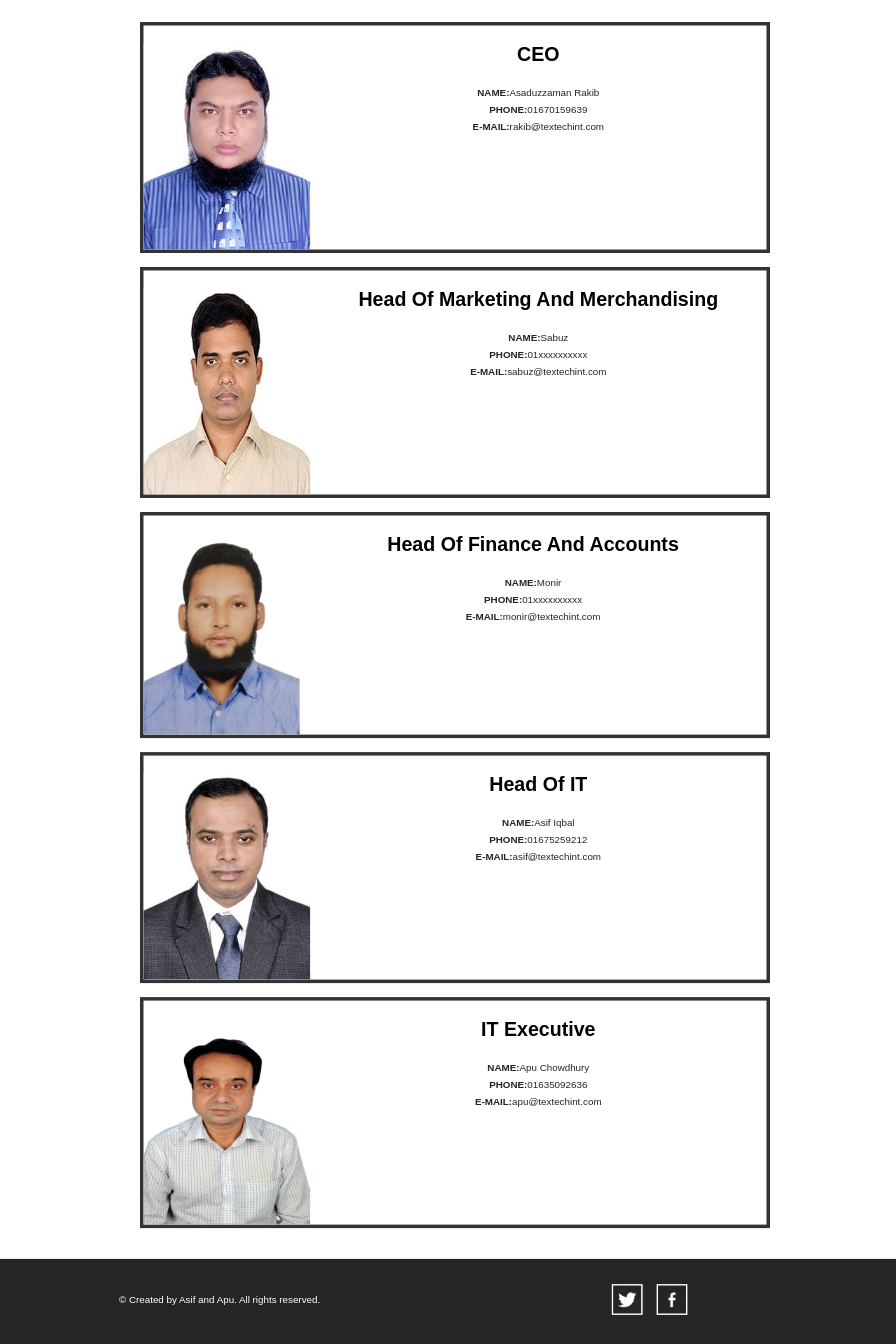
Repository: asifdotpy/textechint
Page: index.html
These files come from the project's save history. The page is drawn as it stood at one moment and after the next save; the edit follows.
The browser window is 1280 px wide. The pictures show the part of the page from y = 1439 to 3359 px (the page is 3359 px tall), at 70% of full size.

Above is the page before, as saved 2021-02-24 00:53:10.

After the next save:
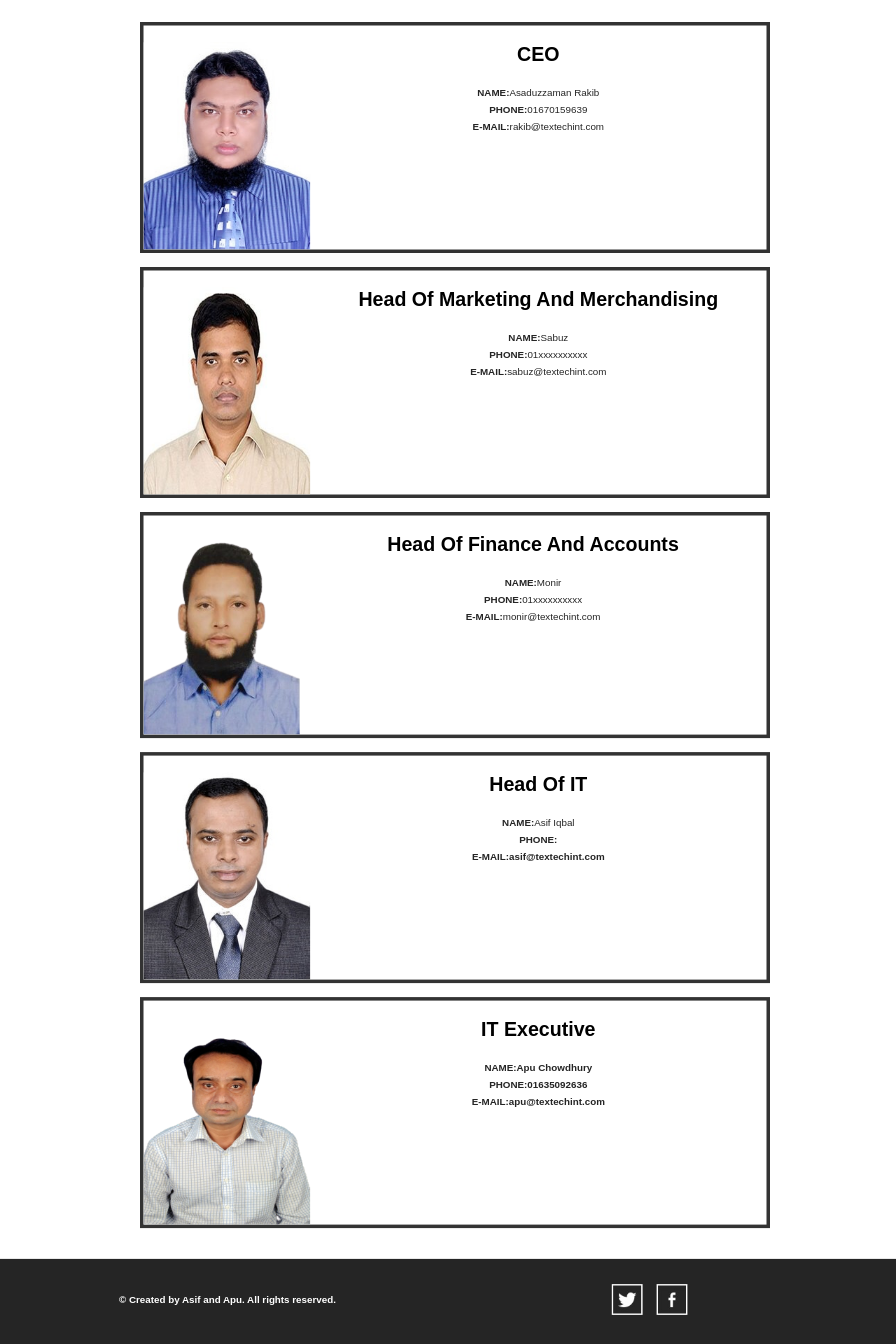
Saved 2 days later.
--- a/index.html
+++ b/index.html
@@ -82,7 +82,7 @@
 				<div class="post-content">
 					<h3 class="post-title">Head Of IT</h3>
 					<p><b>NAME:</b>Asif Iqbal</p>
-					<p><b>PHONE:</b>01675259212</p>
+					<p><b>PHONE:
 					<p><b>E-MAIL:</b>asif@textechint.com</p>
 			   </div>
 			</div>
